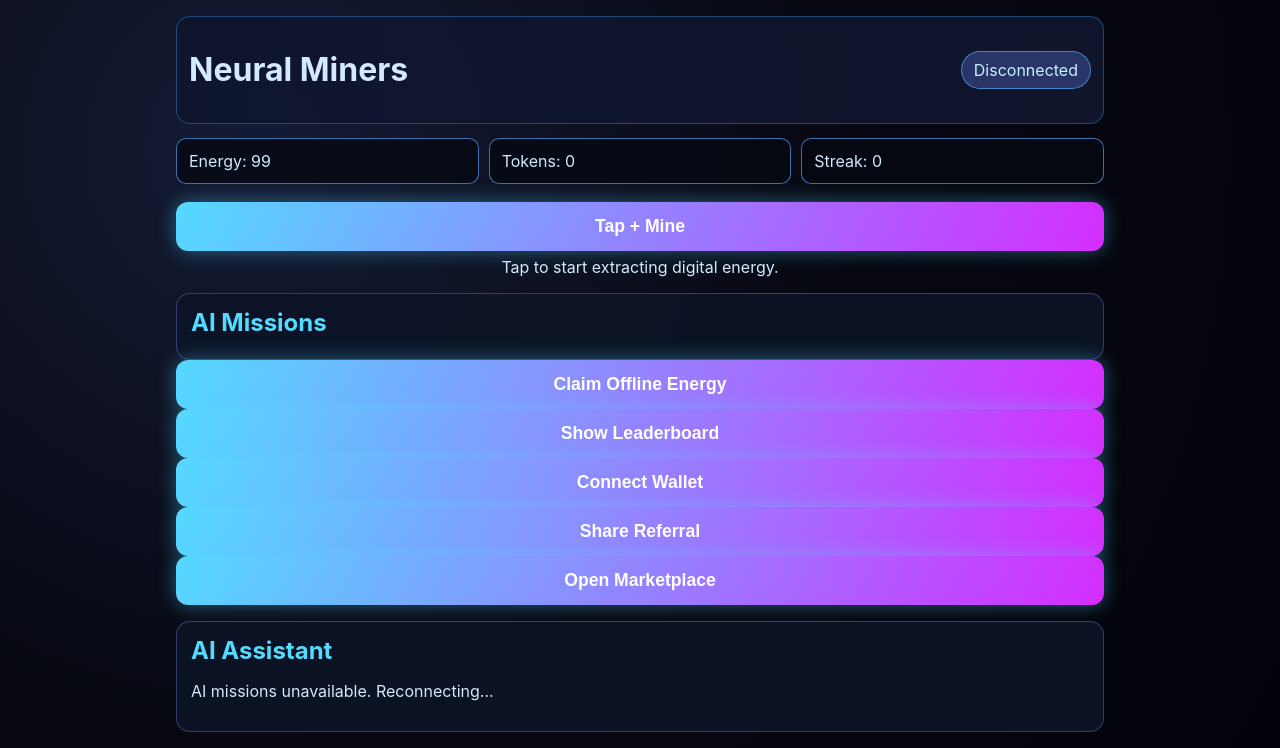
Repository: prasadreddys/neural-miners
Page: app/index.html
These files come from the project's save history. The page is drawn as it stood at one moment and after the next save; the edit follows.
The browser window is 1280 px wide. The pictures show the whole page.
The page's requests for data from a server got no answer. Some web libraries are served in a nearby version.

Above is the page before, as saved 2026-03-27 23:20:56.

### app/index.html
<!DOCTYPE html>
<html lang="en">
<head>
  <meta charset="UTF-8" />
  <meta name="viewport" content="width=device-width, initial-scale=1.0" />
  <title>Neural Miners</title>
  <link rel="stylesheet" href="styles.css" />
</head>
<body>
  <main class="app-shell">
    <header class="topbar">
      <h1>Neural Miners</h1>
      <div id="connected-status" class="tag">Disconnected</div>
    </header>

    <section class="hud">
      <div class="meter" id="energy-meter">Energy: 0</div>
      <div class="meter" id="token-meter">Tokens: 0</div>
      <div class="meter" id="streak-meter">Streak: 0</div>
    </section>

    <section class="mining-grid">
      <button id="tap-button" class="tap-btn">Tap + Mine</button>
      <div class="message" id="action-message">Tap to start extracting digital energy.</div>
    </section>

    <section class="missions" id="missions">
      <h2>AI Missions</h2>
      <ul id="mission-list"></ul>
    </section>

    <section class="controls">
      <button id="claim-idle">Claim Offline Energy</button>
      <button id="show-leaderboard">Show Leaderboard</button>
      <button id="connect-wallet">Connect Wallet</button>
      <button id="send-referral">Share Referral</button>
      <button id="open-market">Open Marketplace</button>
    </section>

    <section class="marketplace" id="marketplace" hidden>
      <h2>Marketplace</h2>
      <ul id="market-list"></ul>
      <button id="refresh-market">Refresh</button>
    </section>

    <section class="leaderboard" id="leaderboard" hidden>
      <h2>Leaderboard</h2>
      <ul id="leaderboard-list"></ul>
    </section>

    <section class="ai-assistant">
      <h2>AI Assistant</h2>
      <p id="assistant-text">Ask for help or strategy tips.</p>
    </section>
  </main>

  <script src="https://cdn.jsdelivr.net/npm/ethers@6.9.2/dist/ethers.min.js"></script>
  <script src="https://cdn.socket.io/4.7.2/socket.io.min.js"></script>
  <script src="main.js"></script>
</body>
</html>

### app/styles.css
:root {
  --bg: #070811;
  --surface: rgba(13, 20, 38, 0.92);
  --text: #d2e9ff;
  --accent: #54d9ff;
  --accent2: #d42dff;
  --danger: #ff5e5e;
}

* {
  box-sizing: border-box;
}

body {
  margin: 0;
  font-family: 'Inter', system-ui, sans-serif;
  background: radial-gradient(circle at 20% 20%, #141b35, #070811 50%, #02030a 100%);
  color: var(--text);
  min-height: 100vh;
}

.app-shell {
  width: min(960px, 100%);
  margin: 0 auto;
  padding: 16px;
}

.topbar {
  display: flex;
  justify-content: space-between;
  align-items: center;
  gap: 16px;
  padding: 12px;
  background: linear-gradient(90deg, rgba(14, 21, 45, 0.8), rgba(19, 25, 53, 0.8));
  border-radius: 14px;
  border: 1px solid rgba(54, 150, 238, 0.4);
}

.tag {
  padding: 8px 12px;
  border-radius: 999px;
  background: rgba(90, 115, 211, 0.35);
  border: 1px solid rgba(82, 178, 251, 0.65);
  color: #c4f1ff;
}

.hud {
  display: grid;
  gap: 10px;
  grid-template-columns: repeat(auto-fit, minmax(120px, 1fr));
  margin-top: 14px;
}

.meter {
  padding: 12px;
  border: 1px solid rgba(83, 157, 239, 0.7);
  background: rgba(5, 9, 18, 0.8);
  border-radius: 10px;
  backdrop-filter: blur(4px);
}

.mining-grid {
  margin-top: 18px;
  display: grid;
  gap: 6px;
  text-align: center;
}

.tap-btn,
.controls button {
  width: 100%;
  font-size: 1.1rem;
  font-weight: 700;
  color: white;
  border: none;
  border-radius: 12px;
  background: linear-gradient(118deg, var(--accent), var(--accent2));
  padding: 14px;
  cursor: pointer;
  box-shadow: 0 0 20px rgba(84, 217, 255, 0.4);
}

.tap-btn:hover,
.controls button:hover {
  transform: translateY(-1px);
}

.missions,
.leaderboard,
.ai-assistant {
  margin-top: 16px;
  padding: 14px;
  border-radius: 14px;
  border: 1px solid rgba(80, 101, 173, 0.55);
  background: var(--surface);
}

.missions h2,
.leaderboard h2,
.ai-assistant h2 {
  margin: 0 0 8px 0;
  color: var(--accent);
}

.missions ul,
.leaderboard ul {
  list-style: none;
  margin: 0;
  padding: 0;
  display: grid;
  gap: 9px;
}

.missions li,
.leaderboard li {
  background: rgba(6, 8, 17, 0.85);
  border: 1px solid rgba(100, 106, 236, 0.5);
  border-radius: 10px;
  padding: 10px;
}

@media (max-width: 640px) {
  .topbar h1 { font-size: 1.2rem; }
  .tap-btn { font-size: 1rem; }
}

### app/main.js
const API_BASE = location.origin + '/api';
const socket = io();

socket.on('leaderboard-update', (payload) => {
  if (elements?.leaderboardList && !elements.leaderboard.hidden) {
    elements.leaderboardList.innerHTML = (payload.top || []).map((entry, idx) => `<li>#${idx + 1} ${entry.player || entry.walletAddress} - ${entry.score}</li>`).join('');
  }
});

socket.on('market-update', (payload) => {
  elements.assistantText.textContent = `Marketplace event: ${payload.orderId} is ${payload.status}`;
  fetchMarketplace();
});

const state = {
  energy: 100,
  tokens: 0,
  streak: 0,
  walletAddress: null,
  connected: false,
  missions: []
};

const elements = {
  energyMeter: document.getElementById('energy-meter'),
  tokenMeter: document.getElementById('token-meter'),
  streakMeter: document.getElementById('streak-meter'),
  tapButton: document.getElementById('tap-button'),
  claimIdle: document.getElementById('claim-idle'),
  showLeaderboard: document.getElementById('show-leaderboard'),
  missionList: document.getElementById('mission-list'),
  assistantText: document.getElementById('assistant-text'),
  leaderboard: document.getElementById('leaderboard'),
  leaderboardList: document.getElementById('leaderboard-list'),
  connectWallet: document.getElementById('connect-wallet'),
  sendReferral: document.getElementById('send-referral'),
  openMarket: document.getElementById('open-market'),
  refreshMarket: document.getElementById('refresh-market'),
  marketList: document.getElementById('market-list'),
  status: document.getElementById('connected-status'),
  transferAmount: null,
  recipientAddress: null
};

function updateHUD() {
  elements.energyMeter.textContent = `Energy: ${Math.floor(state.energy)}`;
  elements.tokenMeter.textContent = `Tokens: ${Math.floor(state.tokens)}`;
  elements.streakMeter.textContent = `Streak: ${state.streak}`;
  elements.status.textContent = state.connected ? `Connected ${state.walletAddress || ''}` : 'Disconnected';
}

async function callAPI(path, method = 'GET', body) {
  const options = { method, headers: { 'Content-Type': 'application/json' } };
  if (body) options.body = JSON.stringify(body);
  const res = await fetch(`${API_BASE}${path}`, options);
  return res.json();
}

async function loadAIMissions() {
  try {
    const res = await callAPI(`/ai/missions?walletAddress=${state.walletAddress || 'guest'}`);
    state.missions = res.missions;
    elements.missionList.innerHTML = state.missions
      .map((m) => `<li><strong>${m.title}</strong> <small>(${m.difficulty})</small> • +${m.reward} energy <button onclick='acceptMission("${m.id}")'>Accept</button></li>`)
      .join('');
  } catch (e) {
    elements.assistantText.textContent = 'AI missions unavailable. Reconnecting...';
  }
}

function spendEnergy(cost) {
  if (state.energy < cost) {
    elements.actionMessage?.setAttribute('style', 'color:var(--danger)');
    return false;
  }
  state.energy -= cost;
  return true;
}

globalThis.acceptMission = async (missionId) => {
  const mission = state.missions.find((m) => m.id === missionId);
  if (!mission) return;
  if (spendEnergy(mission.reward / 3)) {
    state.tokens += mission.reward * 0.25;
    state.streak += 1;
    elements.assistantText.textContent = `Mission '${mission.title}' complete. Reward granted.`;
    await reportMissionProgress();
    updateHUD();
  }
};

async function reportMissionProgress() {
  callAPI('/ai/report', 'POST', { walletAddress: state.walletAddress, energy: state.energy, tokens: state.tokens, streak: state.streak });
}

async function claimOffline() {
  const offlineSeconds = Math.min(86400, Math.round(Math.random() * 3600));
  const signature = 'dummy-signature';
  const res = await callAPI('/game/claim-energy', 'POST', { walletAddress: state.walletAddress || 'guest', offlineSeconds, signature });
  if (res?.success) {
    state.energy = res.user.energy;
    state.tokens = res.user.tokens;
    elements.assistantText.textContent = `Offline energy claimed: ${res.reward}`;
    updateHUD();
  }
}

async function showTopLeaderboards() {
  const res = await callAPI('/leaderboard');
  elements.leaderboard.hidden = false;
  elements.leaderboardList.innerHTML = res.leaderboard.map((entry, idx) => `<li>#${idx + 1} ${entry.player || entry.walletAddress} - ${entry.score || entry.tokens}</li>`).join('');
}

async function fetchMarketplace() {
  const res = await callAPI('/marketplace');
  elements.marketplace.hidden = false;
  const items = res.marketplace || [];
  elements.marketList.innerHTML = items
    .map((o) => `<li>${o.assetType} #${o.tokenId} • ${o.price} tokens <button data-id="${o._id}" class="buy-btn">Buy</button></li>`)
    .join('');
  [...document.querySelectorAll('.buy-btn')].forEach((btn) => {
    btn.addEventListener('click', async () => {
      const orderId = btn.dataset.id;
      const result = await callAPI('/marketplace/buy', 'POST', { buyer: state.walletAddress || 'guest', orderId });
      if (result.success) {
        elements.assistantText.textContent = 'Purchase successful!';
        loadAIMissions();
        fetchMarketplace();
      }
    });
  });
}

async function shareReferral() {
  const referrer = state.walletAddress || 'guest-miner';
  const referralURL = `${location.origin}?r=${encodeURIComponent(referrer)}`;
  if (navigator.share) {
    await navigator.share({ title: 'Join Neural Miners', text: 'Start tapping to earn crypto in the cyberpunk metaverse', url: referralURL });
  } else {
    prompt('Copy your referral link:', referralURL);
  }
}

async function connectWallet() {
  if (!globalThis.ethereum) {
    alert('MetaMask not installed');
    return;
  }
  const provider = new ethers.BrowserProvider(globalThis.ethereum);
  const accounts = await provider.send('eth_requestAccounts', []);
  state.walletAddress = accounts[0];
  state.connected = true;
  const nonce = Math.random().toString(36).substring(2, 10);
  const signer = await provider.getSigner();
  const signature = await signer.signMessage(`Neural Miner sign in: ${nonce}`);
  await callAPI('/auth/wallet', 'POST', { walletAddress: state.walletAddress, signature, nonce });
  elements.assistantText.textContent = 'Wallet connected. AI assistant is online.';
  updateHUD();
  loadAIMissions();
}

elements.tapButton.addEventListener('click', () => {
  const earned = 8 + Math.random() * 12;
  state.energy += earned;
  state.tokens += earned * 0.23;
  state.streak += 1;
  elements.assistantText.textContent = 'Neural tap success! Energy harvested.';
  updateHUD();
});

elements.claimIdle.addEventListener('click', claimOffline);

elements.showLeaderboard.addEventListener('click', showTopLeaderboards);

elements.connectWallet.addEventListener('click', connectWallet);

elements.sendReferral.addEventListener('click', shareReferral);

elements.openMarket.addEventListener('click', fetchMarketplace);

elements.refreshMarket.addEventListener('click', fetchMarketplace);

setInterval(() => {
  state.energy = Math.max(0, state.energy - 0.04);
  if (state.energy < 20) {
    elements.assistantText.textContent = 'Energy low. Tap more or accept missions.';
  }
  updateHUD();
}, 2000);

updateHUD();
loadAIMissions();

After the next save:
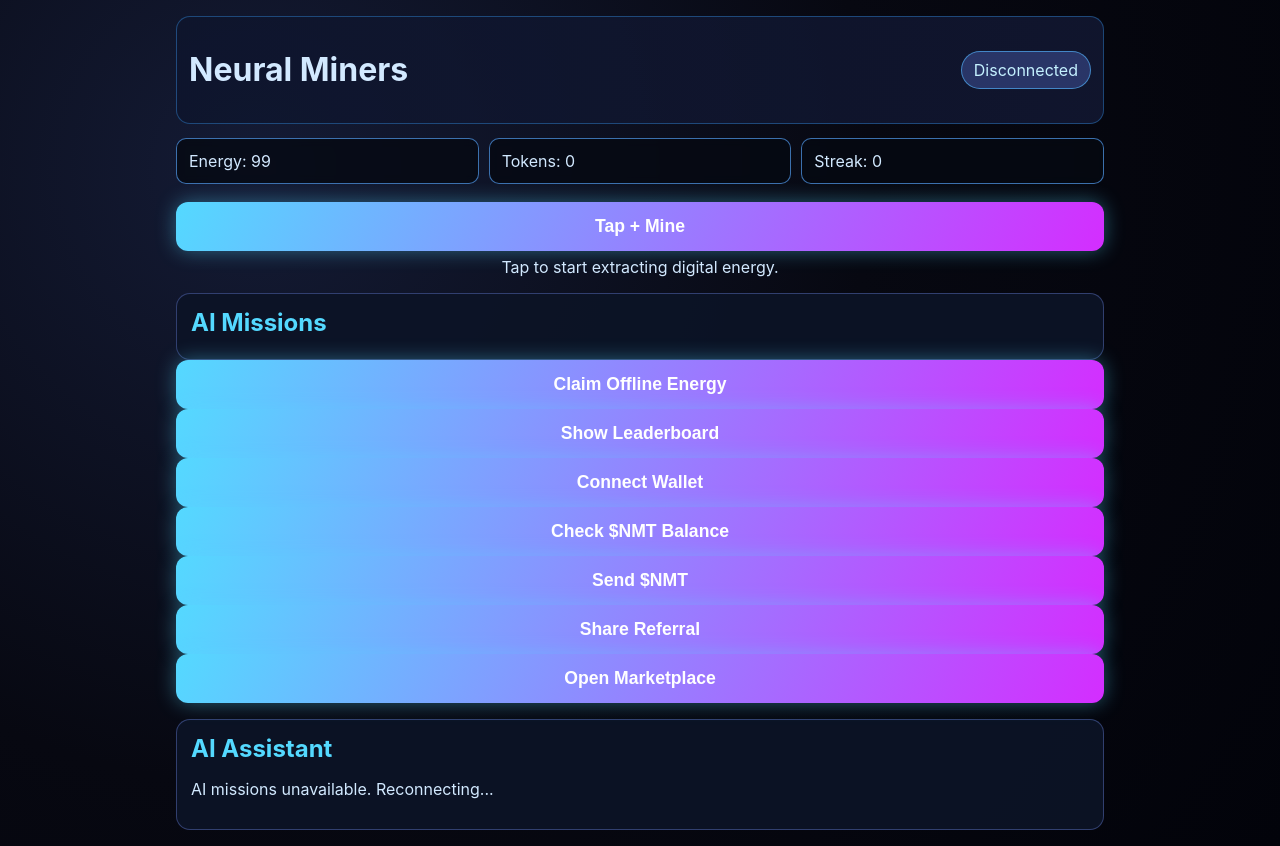
Saved 13 s later.
--- a/app/index.html
+++ b/app/index.html
@@ -33,6 +33,8 @@
       <button id="claim-idle">Claim Offline Energy</button>
       <button id="show-leaderboard">Show Leaderboard</button>
       <button id="connect-wallet">Connect Wallet</button>
+      <button id="check-token-balance">Check $NMT Balance</button>
+      <button id="transfer-token">Send $NMT</button>
       <button id="send-referral">Share Referral</button>
       <button id="open-market">Open Marketplace</button>
     </section>
